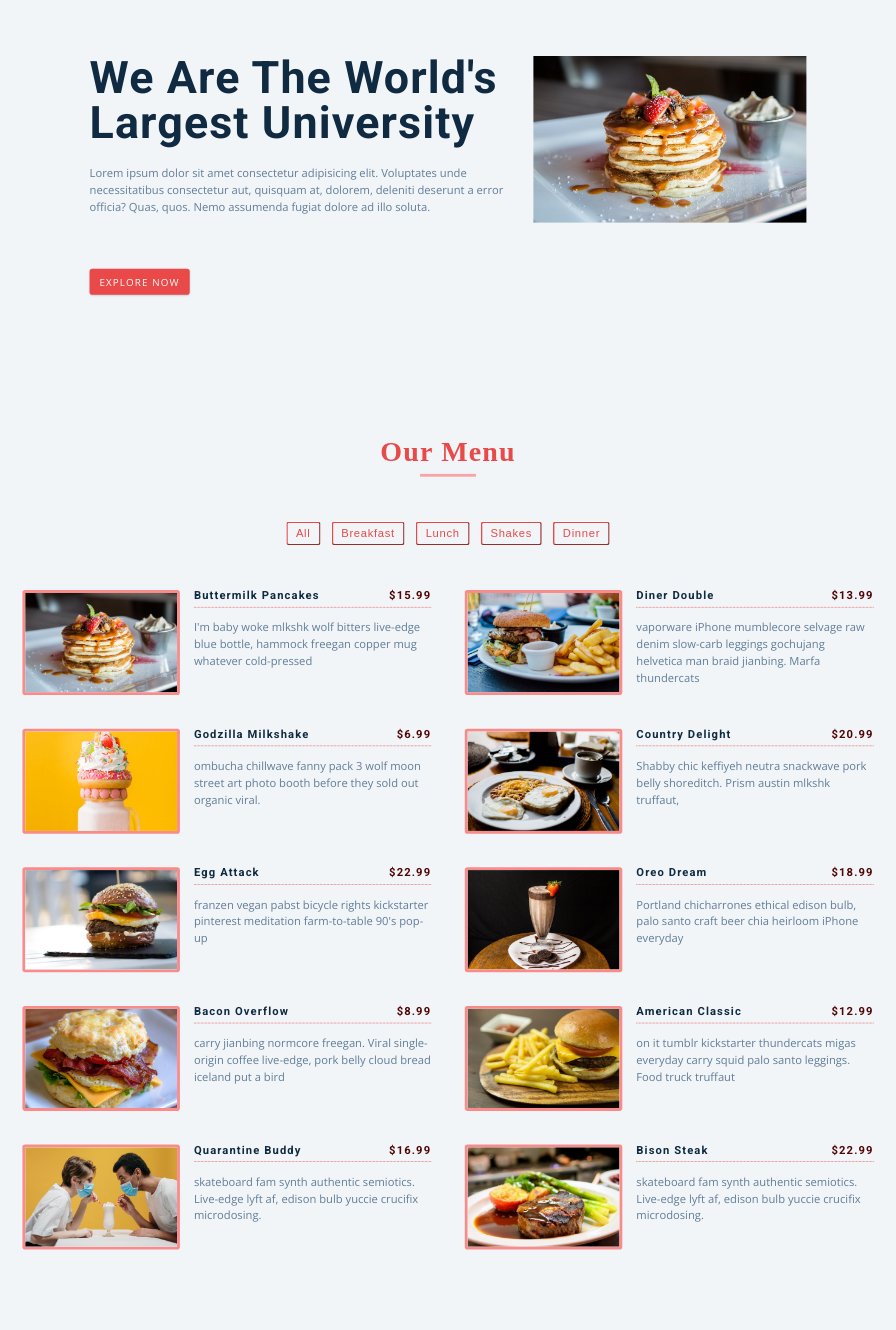
Repository: xoshiraghavx/Food-you
Page: index.html
The author's editor kept a copy of each file at every save. The page is drawn from the files as they stood at one save, then again after a run of saves.
The browser window is 1280 px wide. The pictures show the part of the page from y = 720 to 2620 px (the page is 3306 px tall before and 3146 px after), at 70% of full size.
Some web libraries are served in a nearby version.

Above is the page before, as saved 2022-12-03 09:18:57.

### index.html
<!DOCTYPE html>
<html lang="en">
  <head>
    <meta charset="UTF-8" />
    <meta name="viewport" content="width=device-width, initial-scale=1.0" />
    <title>interior design</title>
    <!-- font-awesome -->
    <link
      rel="stylesheet"
      href="https://cdnjs.cloudflare.com/ajax/libs/font-awesome/5.14.0/css/all.min.css"
    />

    <!-- styles -->
    <link rel="stylesheet" href="styles.css" />
  </head>
  <body>
<nav>
  <div class="nav-center">
    <div class="nav-header">
      <div class="logo-div">
      <img src="./img/logo.png" alt="logo" class="logo">
      <div class="logo-name">
      <p><span id="color"><b>FOOD </b><br><i>& you</i></span></p>
    </div>
    </div>
      <button class="nav-toggle">
        <i class="fas fa-bars"></i>
      </button>
    </div>
    <!-- links -->
    <!-- <ul class="links">

      <li>
        <a href="index.html">home</a>
      </li>
      <li>
    </ul> -->
    <!-- social media -->
    <ul class="social-icons">
      <li>
        <a href="https://www.facebook.com">
          <i class="fab fa-facebook"></i>
        </a>
      </li>
      <li>
        <a href="https://www.twitter.com">
          <i class="fab fa-twitter"></i>
        </a>
      </li>
      <li>
        <a href="https://www.instagram.com">
          <i class="fab fa-instagram"></i>
        </a>
      </li>
      <li>
        <a href="https://www.linkedin.com">
          <i class="fab fa-linkedin"></i>
        </a>
      </li>
      <li>
        <a href="https://www.twitter.com">
          <i class="fab fa-sketch"></i>
        </a>
      </li>
    </ul>
  </div>
</nav>
<header class="hero">
  <div class="banner">
    <h2>Looking for some food!</h2>
    <button class="btn modal-btn">Order Now</button>
  </div>
</header>
<div class="modal-overlay">
  <div class="modal-container">
    <br>
    <h3>Title</h3>
    <p>Lorem ipsum dolor sit amet consectetur adipisicing elit. Illo deleniti eum mollitia distinctio! Nesciunt dolor minima animi esse officia! Recusandae? Lorem ipsum dolor sit amet consectetur, adipisicing elit. Aspernatur, hic.</p>
    <button class="close-btn">
      <i class="fas fa-times"> </i>
    </button>
  </div>
</div>
    <!-- -------about us content---------->
    <section class="about-us">
      <div class="row">
          <div class="about-col">
              <h1>We are the world's largest university</h1>
              <p>Lorem ipsum dolor sit amet consectetur adipisicing elit. Voluptates unde necessitatibus consectetur aut, quisquam at, dolorem, deleniti deserunt a error officia? Quas, quos. Nemo assumenda fugiat dolore ad illo soluta.</p>
              <a href="" class="btn modal-btn">EXPLORE NOW</a>
          </div>
          <div class="about-col">
              <img src="./img/item-1.jpeg" alt="">
          </div>
      </div>
  </section>
<section class="menu">
  <div class="title">
    <h2>Our Menu</h2>
    <div class="underline"></div>
  </div>
  <div class="btn-container">
    <!-- <button class="filter-btn" type="button" data-id="all">all</button>
    <button class="filter-btn" type="button"data-id="breakfast">breakfast</button>
    <button class="filter-btn" type="button" data-id="lunch">lunch</button>
    <button class="filter-btn" type="button" data-id="shakes">shakes</button> -->
  </div>
    <div class="section-center">
      <!-- <article class="menu-item">
        <img src="./menu-item.jpeg" class="photo" alt="menu item">
        <div class="item-info">
          <header>
            <h4>buttermilk pancakes</h4>
            <h4 class="price">Rs 600/-</h4>
          </header>
          <p class="item-text">Lorem ipsum, dolor sit amet consectetur adipisicing elit. Dolore totam aliquid ut eius architecto magni cumque explicabo voluptate, repudiandae harum.</p>
        </div>
      </article> -->
    </div>
</section>
<section class="questions">
  <div class="title">
    <h2>general questions</h2>
  </div>
  <div class="question-center">
    <article class="question">
      <div class="question-title">
      <p>When will my order be delivered?</p>
      <button type="button" class="question-btn">
        <span class="plus-icon">
      <i class="far fa-plus-square"></i>
        </span>

        <span class="minus-icon">
      <i class="far fa-minus-square"></i>
        </span>

      </button>
    </div>
    <div class="question-text">
      <p>Estimated delivery are given against each products. While sincere efforts are being made to deliver the products within the given time frame factors like, availability, festive seasons, courier delays are bound to happen. These factors are constantly monitored to keep any inordinate delays under control.</p>
    </div>
    </article>
    <article class="question">
      <div class="question-title">
      <p>Do you offer Cash on Delivery?</p>
      <button type="button" class="question-btn">
        <span class="plus-icon">
      <i class="far fa-plus-square"></i>
        </span>

        <span class="minus-icon">
      <i class="far fa-minus-square"></i>
        </span>

      </button>
    </div>
    <div class="question-text">
      <p>Yes. We offer Cash on Delivery which most of the other websites don't offer.</p>
    </div>
    </article>
    <article class="question">
      <div class="question-title">
      <p>do you use organic indegridents?</p>
      <button type="button" class="question-btn">
        <span class="plus-icon">
      <i class="far fa-plus-square"></i>
        </span>

        <span class="minus-icon">
      <i class="far fa-minus-square"></i>
        </span>

      </button>
    </div>
    <div class="question-text">
      <p>We deliver the products that are fresh and systems are kept in place to source the best products and safely consign them to you. We don't stock the products but place once we receive orders.</p>
    </div>
    </article>
  </div>
</section>
<!-- --------footer--------- -->
<section class="footer">
  <h4 id="color">Food & you</h4>
  <p>Fulfill your comfort food cravings here.</p>
  <ul class="icons">
    <li>
      <a href="https://www.facebook.com">
        <i class="fab fa-facebook"></i>
      </a>
    </li>
    <li>
      <a href="https://www.twitter.com">
        <i class="fab fa-twitter"></i>
      </a>
    </li>
    <li>
      <a href="https://www.instagram.com">
        <i class="fab fa-instagram"></i>
      </a>
    </li>
    <li>
      <a href="https://www.linkedin.com">
        <i class="fab fa-linkedin"></i>
      </a>
    </li>
  </ul>
  <p>Made by <b id="color">oshi Raghav</b></p>
</section>
<!-- javascript -->
    <script src="app.js"></script>
  </body>
</html>

### styles.css
/*
===============
Fonts
===============
*/
@import url('https://fonts.googleapis.com/css?family=Open+Sans|Roboto:400,700&display=swap');

/*
===============
Variables
===============
*/

:root {
  /* dark shades of primary color*/
  --clr-primary-1: hsl(0, 86%, 17%);
  --clr-primary-2: hsl(0, 77%, 27%);
  --clr-primary-3: hsl(0, 72%, 37%);
  --clr-primary-4: hsl(0, 63%, 48%);
  /* primary/main color */
  --clr-primary-5: hsl(0, 78%, 60%);
  /* lighter shades of primary color */
  --clr-primary-6: hsl(0, 90%, 70%);
  --clr-primary-7: hsl(0, 90%, 76%);
  --clr-primary-8: hsl(0, 86%, 81%);
  --clr-primary-9: hsl(0, 90%, 88%);
  --clr-primary-10: hsl(0, 100%, 96%);
  /* darkest grey - used for headings */
  --clr-grey-1: hsl(209, 61%, 16%);
  --clr-grey-2: hsl(211, 39%, 23%);
  --clr-grey-3: hsl(209, 34%, 30%);
  --clr-grey-4: hsl(209, 28%, 39%);
  /* grey used for paragraphs */
  --clr-grey-5: hsl(210, 22%, 49%);
  --clr-grey-6: hsl(209, 23%, 60%);
  --clr-grey-7: hsl(211, 27%, 70%);
  --clr-grey-8: hsl(210, 31%, 80%);
  --clr-grey-9: hsl(212, 33%, 89%);
  --clr-grey-10: hsl(210, 36%, 96%);
  --clr-white: #fff;
  --clr-red-dark: hsl(360, 67%, 44%);
  --clr-red-light: hsl(360, 71%, 66%);
  --clr-green-dark: hsl(125, 67%, 44%);
  --clr-green-light: hsl(125, 71%, 66%);
  --clr-black: #222;
  --ff-primary: 'Roboto', sans-serif;
  --ff-secondary: 'Open Sans', sans-serif;
  --transition: all 0.3s linear;
  --spacing: 0.1rem;
  --radius: 0.25rem;
  --light-shadow: 0 5px 15px rgba(0, 0, 0, 0.1);
  --dark-shadow: 0 5px 15px rgba(0, 0, 0, 0.2);
  --max-width: 1170px;
  --fixed-width: 620px;
}
/*
===============
Global Styles
===============
*/

*,
::after,
::before {
  margin: 0;
  padding: 0;
  box-sizing: border-box;
}
body {
  font-family: var(--ff-secondary);
  background: var(--clr-grey-10);
  color: var(--clr-grey-1);
  line-height: 1.5;
  font-size: 0.875rem;
}
ul {
  list-style-type: none;
}
a {
  text-decoration: none;
}
img:not(.logo) {
  width: 100%;
}
img {
  display: block;
}
h1,
h2,
h3,
h4 {
  letter-spacing: var(--spacing);
  text-transform: capitalize;
  line-height: 1.25;
  margin-bottom: 0.75rem;
  font-family: var(--ff-primary);
}
h1 {
  font-size: 3rem;
}
h2 {
  font-size: 2rem;
}
h3 {
  font-size: 1.25rem;
}
h4 {
  font-size: 0.875rem;
}
p {
  margin-bottom: 1.25rem;
  color: var(--clr-grey-5);
}
@media screen and (min-width: 800px) {
  h1 {
    font-size: 4rem;
  }
  h2 {
    font-size: 2.5rem;
  }
  h3 {
    font-size: 1.75rem;
  }
  h4 {
    font-size: 1rem;
  }
  body {
    font-size: 1rem;
  }
  h1,
  h2,
  h3,
  h4 {
    line-height: 1;
  }
}
/*  global classes */
.btn {
  text-transform: uppercase;
  background: transparent;
  color: var(--clr-black);
  padding: 0.375rem 0.75rem;
  letter-spacing: var(--spacing);
  display: inline-block;
  transition: var(--transition);
  font-size: 0.875rem;
  border: 2px solid var(--clr-black);
  cursor: pointer;
  box-shadow: 0 1px 3px rgba(0, 0, 0, 0.2);
  border-radius: var(--radius);
}
.btn:hover {
  color: var(--clr-white);
  background: var(--clr-black);
}
/* section */
.section {
  padding: 5rem 0;
}


@media screen and (min-width: 992px) {
  .section-center .question-center {
    width: 95vw;
  }
}
main {
  min-height: 100vh;
  display: grid;
  place-items: center;
}

/*
===============
Navbar
===============
*/
nav {
  background: var(--clr-white);
  box-shadow: var(--light-shadow);
  position: fixed;
  width: 100%;
}
.nav-header {
  display: flex;
  align-items: center;
  justify-content: space-between;
  padding: 1rem;
}
.nav-toggle {
  font-size: 1.5rem;
  color: var(--clr-primary-5);
  background: transparent;
  border-color: transparent;
  transition: var(--transition);
  cursor: pointer;
}
.nav-toggle:hover {
  color: var(--clr-primary-1);
  transform: rotate(90deg);
}
.logo-div{
  display: flex;
}
.logo {
  height: 90px;
  width: 90px;
}
.logo-name{
  margin-top: 20px;
}
#color{
  color: var(--clr-red-dark);

}
/* .links a {
  color: var(--clr-grey-3);
  font-size: 1rem;
  text-transform: capitalize;
  letter-spacing: var(--spacing);
  display: block;
  padding: 0.5rem 1rem;
  transition: var(--transition);
}
.links a:hover {
  background: var(--clr-primary-8);
  color: var(--clr-primary-5);
  padding-left: 1.5rem;
} */
.social-icons {
  display: none;
}
/* .links {
  height: 0;
  overflow: hidden;
  transition: var(--transition);
} */
.show-links {
  height: 10rem;
}
@media screen and (min-width: 800px) {
  .nav-center {
    max-width: 1170px;
    margin: 0 auto;
    display: flex;
    align-items: center;
    justify-content: space-between;
    padding: 1rem;
  }
  .nav-header {
    padding: 0;
  }
  .nav-toggle {
    display: none;
  }
  /* .links {
    height: auto;
    display: flex;
  }
  .links a {
    padding: 0;
    margin: 0 0.5rem;
  }
  .links a:hover {
    padding: 0;
    background: transparent;
  } */

  .social-icons {
    display: flex;
  }
  .social-icons a {
    margin: 0 0.5rem;
    color: var(--clr-primary-4);
    transition: var(--transition);
  }
  .social-icons a:hover {
    color: var(--clr-primary-7);
  }
}
/* modal css  */
.hero {
  height: 100vh;
  background: linear-gradient(rgba(4, 9, 30, 0.421),rgba(4, 9, 30, 0.421)),url("https://discovertemplate.com/wp-content/uploads/2020/11/DT_G62_Food-drink-Animated-GIF-Icon-Pack.gif") center/cover no-repeat;
  display: grid;
  place-items: center;
}
.banner {
  background: var(--clr-white);
  padding: 4rem 0;
  border-radius: var(--radius);
  box-shadow: var(--light-shadow);
  text-align: center;
  width: 90vw;
  max-width: var(--fixed-width);
}
.modal-btn {
  margin-top: 2rem;
  background: var(--clr-primary-5);
  border-color: var(--clr-primary-5);
  color: var(--clr-white);
}
.modal-btn:hover {
  background: transparent;
  color: var(--clr-primary-5);
}
.modal-overlay {
  position: fixed;
  top: 0;
  left: 0;
  width: 100%;
  height: 100%;
  background: hsla(209, 61%, 16%, 0.77);
  display: grid;
  place-items: center;
  transition: var(--transition);
  visibility: hidden;
  z-index: -10;
}
/* OPEN/CLOSE MODAL */
.open-modal {
  visibility: visible;
  z-index: 10;
}
.modal-container {
  background: var(--clr-white);
  border-radius: var(--radius);
  width: 90vw;
  height: 30vh;
  max-width: var(--fixed-width);
  text-align: center;
  display: grid;
  place-items: center;
  position: relative;
}
.close-btn {
  position: absolute;
  top: 1rem;
  right: 1rem;
  font-size: 2rem;
  background: transparent;
  border-color: transparent;
  color: var(--clr-red-dark);
  cursor: pointer;
  transition: var(--transition);
}
.close-btn:hover {
  color: var(--clr-red-light);
  transform: scale(1.3);
}
/* menu css */

.menu {
  padding: 1rem 0;
}
.title {
  text-align: center;
  margin-bottom: 2rem;
}
.underline {
  width: 5rem;
  height: 0.25rem;
  background: var(--clr-primary-8);
  margin-left: auto;
  margin-right: auto;
}
.btn-container {
  margin-bottom: 4rem;
  display: flex;
  justify-content: center;
}
.filter-btn {
  background: transparent;
  border-color: var(--clr-primary-5);
  font-size: 1rem;
  text-transform: capitalize;
  margin: 0 0.5rem;
  letter-spacing: 1px;
  border-radius: var(--radius);
  padding: 0.375rem 0.75rem;
  color: var(--clr-primary-5);
  cursor: pointer;
  transition: var(--transition);
}
.filter-btn:hover {
  background: var(--clr-primary-5);
  color: var(--clr-white);
}
.section-center .question-center{
  width: 90vw;
  max-width: 1170px;
}
.section-center{
  display: grid;
  margin: 0 auto;
  gap: 3rem 3rem;
  justify-items: center;
}
.menu-item {
  display: grid;
  gap: 1rem 2rem;
  max-width: 25rem;
}
.photo {
  object-fit: cover;
  height: 200px;
  border: 0.25rem solid var(--clr-primary-7);
  border-radius: var(--radius);
}
.item-info header {
  display: flex;
  justify-content: space-between;
  border-bottom: 0.5px dotted var(--clr-primary-5);
}
.item-info h4 {
  margin-bottom: 0.5rem;
}
.price {
  color: var(--clr-primary-1);
}
.item-text {
  margin-bottom: 0;
  padding-top: 1rem;
}

@media screen and (min-width: 768px) {
  .menu-item {
    grid-template-columns: 225px 1fr;
    gap: 0 1.25rem;
    max-width: 40rem;
  }
  .photo {
    height: 175px;
  }
}
@media screen and (min-width: 1200px) {
  .section-center {
    width: 95vw;
    grid-template-columns: 1fr 1fr;
  }
  .photo {
    height: 150px;
  }
}

/*
===============
Questions
===============
*/
.title {
  margin-top: 15vh;
  margin-bottom: 4rem;
}
.title h2 {
  color: var(--clr-primary-5);
  font-family: "Great Vibes", cursive;
  text-align: center;
}
.question-center {
  max-width: var(--fixed-width);
  margin: 0 auto;
}
.question {
  background: var(--clr-white);
  border-radius: var(--radius);
  box-shadow: var(--light-shadow);
  padding: 1.5rem 1.5rem 0 1.5rem;
  margin-bottom: 2rem;
}
.question-title {
  display: flex;
  justify-content: space-between;
  align-items: center;
  text-transform: capitalize;
  padding-bottom: 1rem;
}
.question-title p {
  margin-bottom: 0;
  letter-spacing: var(--spacing);
  color: var(--clr-grey-1);
}
.question-btn {
  font-size: 1.5rem;
  background: transparent;
  border-color: transparent;
  cursor: pointer;
  color: var(--clr-primary-5);
  transition: var(--transition);
}
.question-btn:hover {
  transform: rotate(90deg);
}
.question-text {
  padding: 1rem 0 1.5rem 0;
  border-top: 1px solid rgba(0, 0, 0, 0.2);
}
.question-text p {
  margin-bottom: 0;
}
/* hide text */
.question-text {
  display: none;
}
.show-text .question-text {
  display: block;
}
.minus-icon {
  display: none;
}
.show-text .minus-icon {
  display: inline;
}
.show-text .plus-icon {
  display: none;
}
/* ---------footer----------- */
.footer{
  width: 100%;
  text-align: center;
  padding: 30px 0;
  background: var(--clr-primary-10);
}
.footer h4{
  margin-bottom: 25px;
  margin-top: 20px;
  font-weight: 600;
}
.icons{
  display: flex;
  flex-direction: row;
  justify-content: center;
  align-items: center;
}
.icons .fab{
  color: var(--clr-primary-5);
  margin: 0 13px;
  cursor: pointer;
  padding: 18px 0;
}
/* -------about us page------- */
.about-us{
  width: 80%;
  margin: auto;
  padding: 5rem 0;
}
.about-col img{
  width: 100%;
}
.about-col p{
  padding: 15px 0 25px;
}
/* .red-btn{
  border: 1px solid #f44336;
  background: transparent;
  color: #f44336;
}
.red-btn:hover{
  color: #fff;
} */
.row{
  display: flex;
  flex-direction: row;
}

### app.js
// // classList - shows/gets all classes
// // contains - checks classList for specific class
// // add - add class
// // remove - remove class
// // toggle - toggles class

const navToggle = document.querySelector(".nav-toggle");
const links = document.querySelector(".links");

navToggle.addEventListener('click', () =>{
    links.classList.toggle("show-links")
})


// // modal js

const modalBtn = document.querySelector(".modal-btn");
const modal      = document.querySelector(".modal-overlay");
const closeBtn = document.querySelector(".close-btn");

modalBtn.addEventListener('click',() =>{
    modal.classList.add('open-modal');
})
closeBtn.addEventListener('click',() =>{
    modal.classList.remove('open-modal');
})
//menu
const menu = [
    {
      id: 1,
      title: "buttermilk pancakes",
      category: "breakfast",
      price: 15.99,
      img: "./img/item-1.jpeg",
      desc: `I'm baby woke mlkshk wolf bitters live-edge blue bottle, hammock freegan copper mug whatever cold-pressed `,
    },
    {
      id: 2,
      title: "diner double",
      category: "lunch",
      price: 13.99,
      img: "./img/item-2.jpeg",
      desc: `vaporware iPhone mumblecore selvage raw denim slow-carb leggings gochujang helvetica man braid jianbing. Marfa thundercats `,
    },
    {
      id: 3,
      title: "godzilla milkshake",
      category: "shakes",
      price: 6.99,
      img: "./img/item-3.jpeg",
      desc: `ombucha chillwave fanny pack 3 wolf moon street art photo booth before they sold out organic viral.`,
    },
    {
      id: 4,
      title: "country delight",
      category: "breakfast",
      price: 20.99,
      img: "./img/item-4.jpeg",
      desc: `Shabby chic keffiyeh neutra snackwave pork belly shoreditch. Prism austin mlkshk truffaut, `,
    },
    {
      id: 5,
      title: "egg attack",
      category: "lunch",
      price: 22.99,
      img: "./img/item-5.jpeg",
      desc: `franzen vegan pabst bicycle rights kickstarter pinterest meditation farm-to-table 90's pop-up `,
    },
    {
      id: 6,
      title: "oreo dream",
      category: "shakes",
      price: 18.99,
      img: "./img/item-6.jpeg",
      desc: `Portland chicharrones ethical edison bulb, palo santo craft beer chia heirloom iPhone everyday`,
    },
    {
      id: 7,
      title: "bacon overflow",
      category: "breakfast",
      price: 8.99,
      img: "./img/item-7.jpeg",
      desc: `carry jianbing normcore freegan. Viral single-origin coffee live-edge, pork belly cloud bread iceland put a bird `,
    },
    {
      id: 8,
      title: "american classic",
      category: "lunch",
      price: 12.99,
      img: "./img/item-8.jpeg",
      desc: `on it tumblr kickstarter thundercats migas everyday carry squid palo santo leggings. Food truck truffaut  `,
    },
    {
      id: 9,
      title: "quarantine buddy",
      category: "shakes",
      price: 16.99,
      img: "./img/item-9.jpeg",
      desc: `skateboard fam synth authentic semiotics. Live-edge lyft af, edison bulb yuccie crucifix microdosing.`,
    },
    {
      id: 10,
      title: "bison steak",
      category: "dinner",
      price: 22.99,
      img: "./img/item-10.jpeg",
      desc: `skateboard fam synth authentic semiotics. Live-edge lyft af, edison bulb yuccie crucifix microdosing.`,
    },
  ];
  // get parent element
  const sectionCenter = document.querySelector(".section-center");
  const btnContainer = document.querySelector(".btn-container");
  // display all items when page loads
  window.addEventListener("DOMContentLoaded", function () {
    diplayMenuItems(menu);
    displayMenuButtons();
  });

  function diplayMenuItems(menuItems) {
    let displayMenu = menuItems.map(function (item) {
      // console.log(item);

      return `<article class="menu-item">
            <img src=${item.img} alt=${item.title} class="photo" />
            <div class="item-info">
              <header>
                <h4>${item.title}</h4>
                <h4 class="price">$${item.price}</h4>
              </header>
              <p class="item-text">
                ${item.desc}
              </p>
            </div>
          </article>`;
    });
    displayMenu = displayMenu.join("");
    // console.log(displayMenu);

    sectionCenter.innerHTML = displayMenu;
  }
  function displayMenuButtons() {
    const categories = menu.reduce(
      function (values, item) {
        if (!values.includes(item.category)) {
          values.push(item.category);
        }
        return values;
      },
      ["all"]
    );
    const categoryBtns = categories
      .map(function (category) {
        return `<button type="button" class="filter-btn" data-id=${category}>
            ${category}
          </button>`;
      })
      .join("");

    btnContainer.innerHTML = categoryBtns;
    const filterBtns = btnContainer.querySelectorAll(".filter-btn");
    // console.log(filterBtns);

    filterBtns.forEach(function (btn) {
      btn.addEventListener("click", function (e) {
        // console.log(e.currentTarget.dataset);
        const category = e.currentTarget.dataset.id;
        const menuCategory = menu.filter(function (menuItem) {
          // console.log(menuItem.category);
          if (menuItem.category === category) {
            return menuItem;
          }
        });
        if (category === "all") {
          diplayMenuItems(menu);
        } else {
          diplayMenuItems(menuCategory);
        }
      });
    });
  }




// //questions css

const btns = document.querySelectorAll(".question-btn");

btns.forEach(function (btn) {
    btn.addEventListener('click', function (e) {
        const question =( e.currentTarget.parentElement.parentElement);
        question.classList.toggle("show-text");
    });
});

After the next 2 saves:
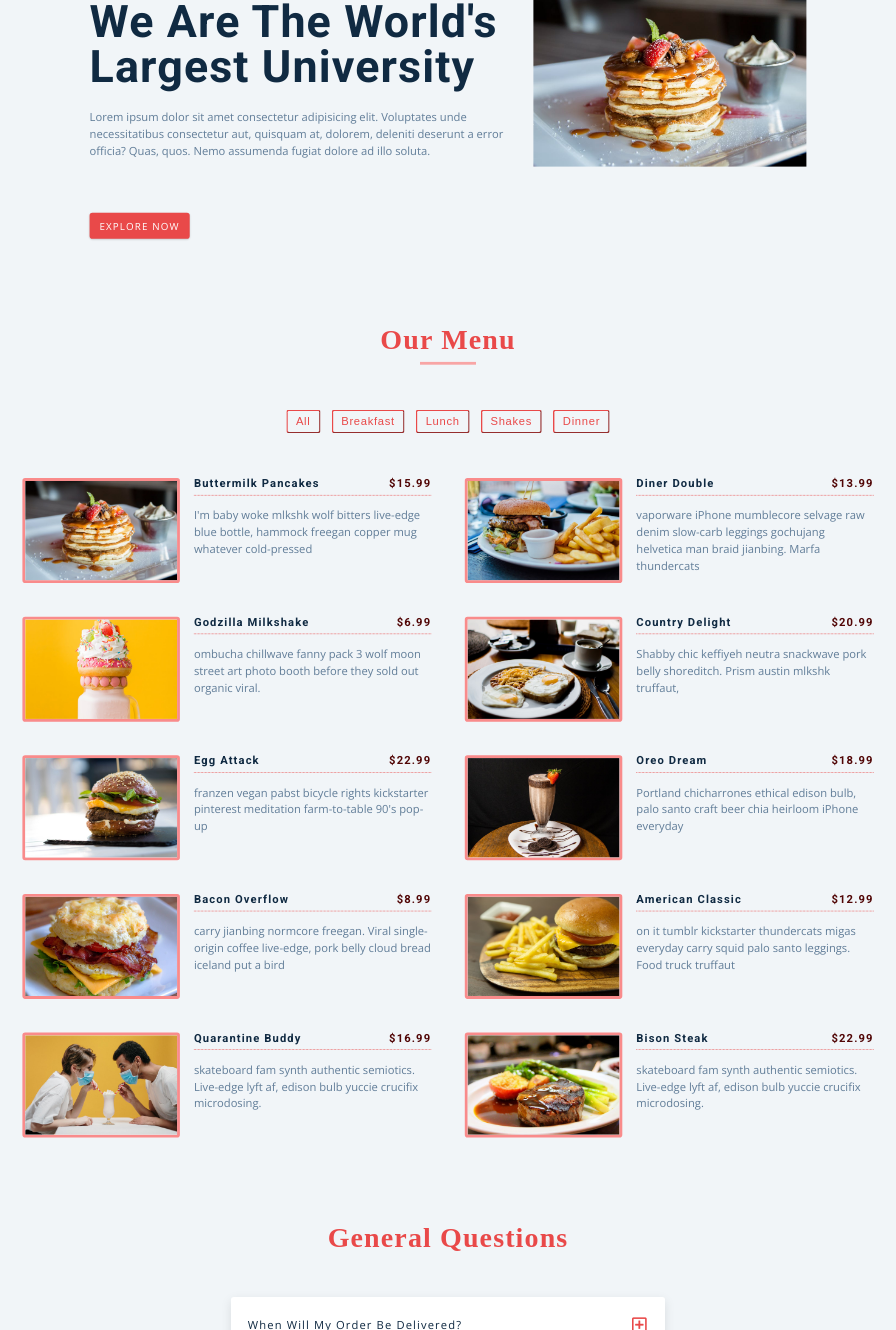
The 2 saves are shown as one change because they came seconds apart.
The last was saved 10 s later.
--- a/styles.css
+++ b/styles.css
@@ -542,7 +542,7 @@ Questions
 .about-us{
   width: 80%;
   margin: auto;
-  padding: 5rem 0;
+  padding-top: rem;6
 }
 .about-col img{
   width: 100%;
